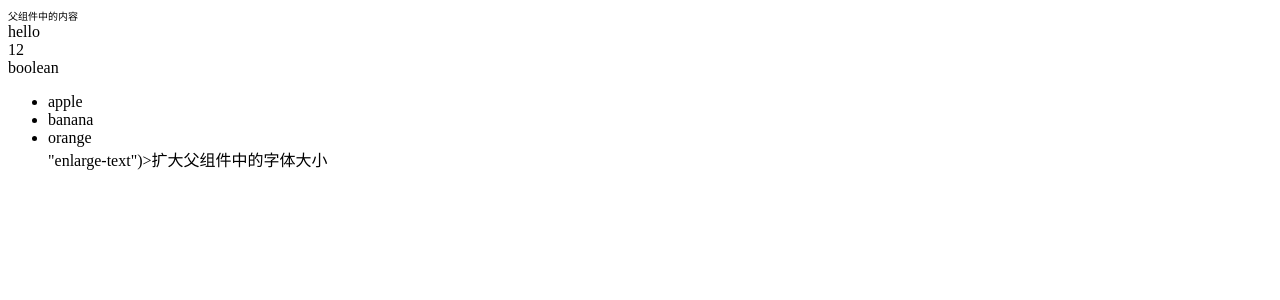
Repository: R1Deemo/Vue
Page: 05.html
An editor plug-in stored every save of this project. The page is shown before and after the next save, followed by the edit.
The browser window is 1280 px wide. The pictures show the whole page.

Above is the page before, as saved 2022-11-14 09:31:49.

### 05.html
<!DOCTYPE html>
<html lang="en">

<head>
    <meta charset="UTF-8">
    <meta http-equiv="X-UA-Compatible" content="IE=edge">
    <meta name="viewport" content="width=device-width, initial-scale=1.0">
    <title>Document</title>
</head>

<body>

    <div id="app">
        <div :style='{fontSize: fontSize+"px"}'> {{pmsg}}</div>
        <menu-item :pstr="pstr" :pnum="12" :pboo="true" :parr="parr" @enlarge-text="handle"></menu-item>
        <!-- 前面不加冒号值会变成字符串 -->
    </div>


    <script src="https://cdn.jsdelivr.net/npm/vue/dist/vue.js"></script>
    <script>
        Vue.component('menu-item', {
            props: ['pstr', 'pnum', 'pboo', 'parr'], //传递数据原则是单向数据流
            template: `
            <div>
            <div>{{pstr}}</div>
            <div>{{pnum}}</div>
            <div>{{typeof pboo}}</div>
            <ul>
                <li :key='index'v-for='(item,index) in parr'>{{item}}</li>
                <button @click=$emit("enlarge-text")>扩大父组件中的字体大小</button>
            </ul>
            </div>

            `
        })
        var vm = new Vue({
            el: '#app',
            data: {
                pmsg: '父组件中的内容 ',
                // pTitle: '动态绑定属性 ',
                pstr: 'hello',
                parr: ['apple', 'banana', 'orange'],
                fontSize: 10
            },
            methods: {
                handle: function() {
                    this.fontSize += 0.5
                }
            }
        })
    </script>
</body>

</html>

After the next save:
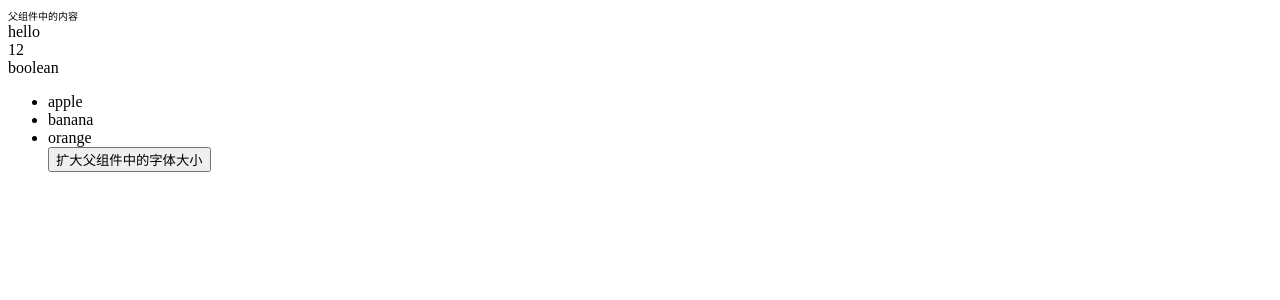
Saved 89 s later.
--- a/05.html
+++ b/05.html
@@ -28,7 +28,7 @@
             <div>{{typeof pboo}}</div>
             <ul>
                 <li :key='index'v-for='(item,index) in parr'>{{item}}</li>
-                <button @click=$emit("enlarge-text")>扩大父组件中的字体大小</button>
+                <button @click='$emit("enlarge-text")'>扩大父组件中的字体大小</button>
             </ul>
             </div>
 
